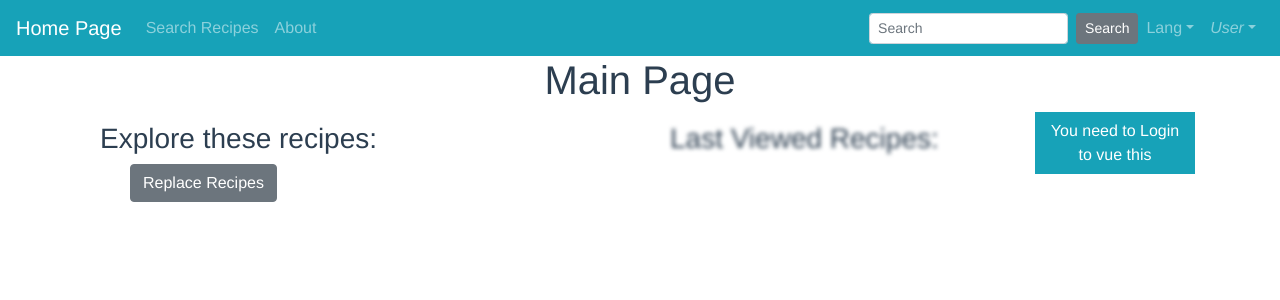
Repository: chenshor/cooking-site
Page: /#/
These files come from the project's save history. The page is drawn as it stood at one moment and after the next save; the edit follows.
The browser window is 1280 px wide. The pictures show the whole page.
The page's requests for data from a server got no answer. The project was rebuilt for these pictures with package versions that can differ from the ones it lists, and the page was loaded fresh each time. No one was signed in, and anything a server would have sent is missing. Also part of the build but not shown: vue.config.js, src/components/Indication.vue, src/components/RecipePreview.vue, src/pages/NotFoundPage.vue, src/components/IngredientSpoon.vue, src/components/Favorite.vue, src/pages/RecipePage.vue, src/assets/countries.js and 8 more.

Above is the page before, as saved 2020-06-22 21:12:12.

After the next save:
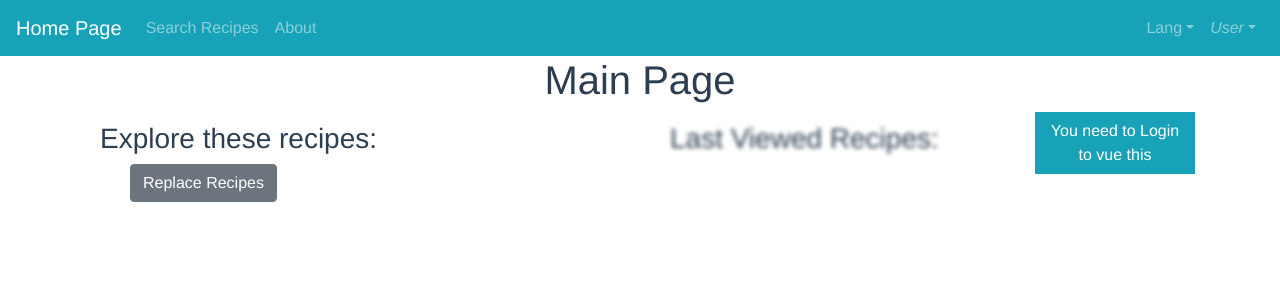
Saved 36 s later.
--- a/src/App.vue
+++ b/src/App.vue
@@ -13,11 +13,6 @@
 
         <!-- Right aligned nav items -->
         <b-navbar-nav class="ml-auto">
-          <b-nav-form>
-            <b-form-input size="sm" class="mr-sm-2" placeholder="Search"></b-form-input>
-            <b-button size="sm" class="my-2 my-sm-0" type="submit">Search</b-button>
-          </b-nav-form>
-
           <b-nav-item-dropdown text="Lang" right>
             <b-dropdown-item href="#">EN</b-dropdown-item>
             <b-dropdown-item href="#">ES</b-dropdown-item>
